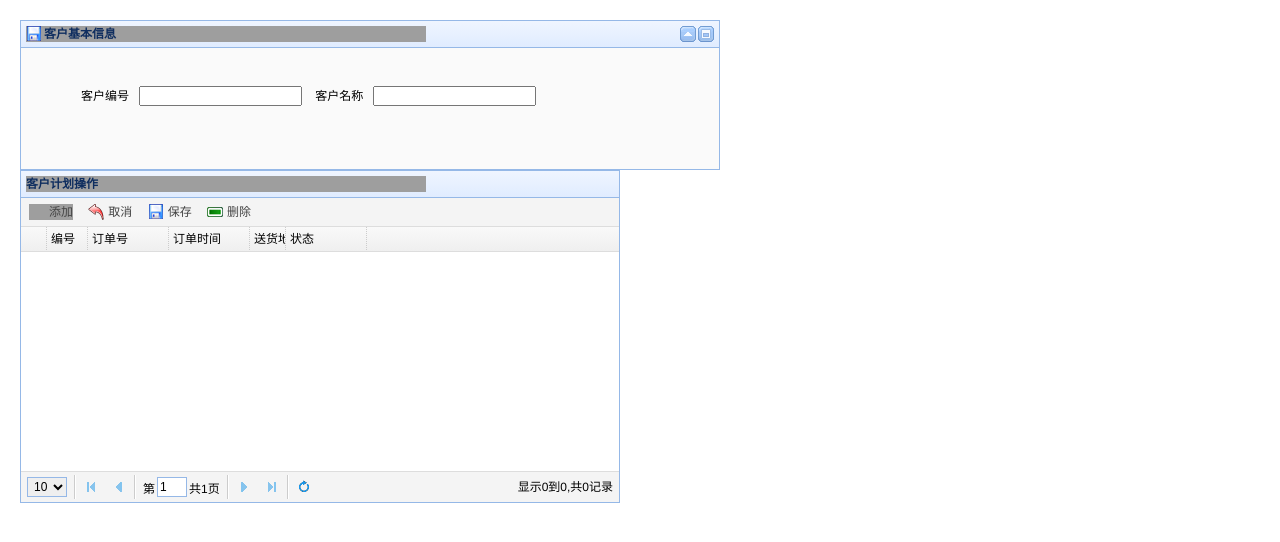
Repository: blackman788/crm01
Page: templates/Customer/order.html
These files come from the project's save history. The page is drawn as it stood at one moment and after the next save; the edit follows.
The browser window is 1280 px wide. The pictures show the whole page.
Pictures or frames that could not be fetched are drawn as grey boxes. The page is served by the project's application, run on Django 4.2 (manage.py). The template is opened directly, without the code that normally fills it, so the values that code supplies are empty.

Above is the page before, as saved 2022-04-21 22:32:13.

After the next save:
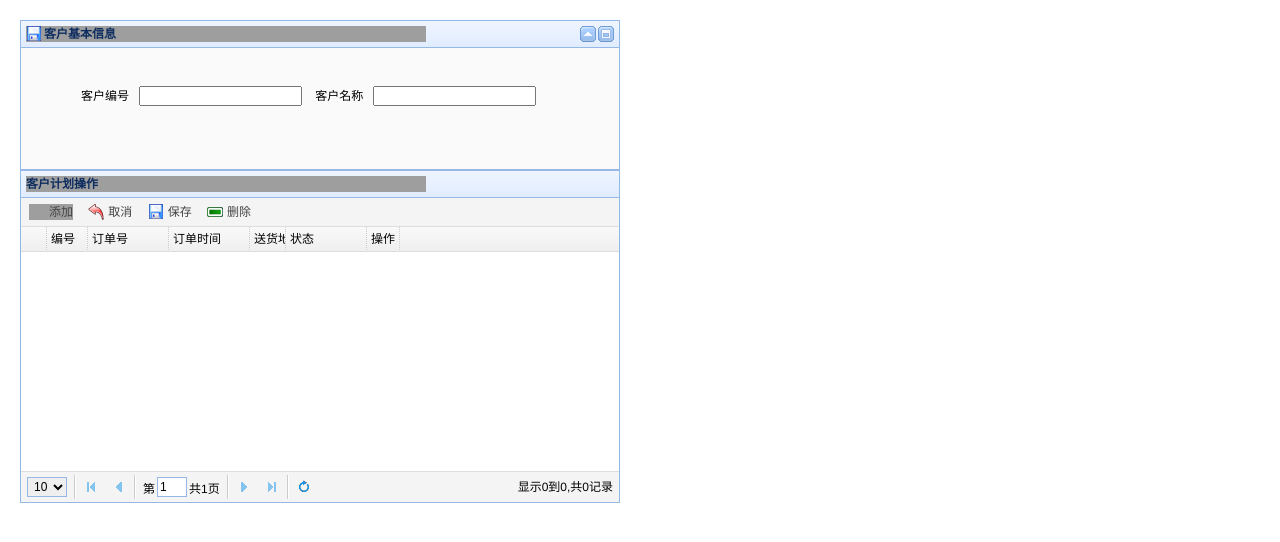
Saved 21 s later.
--- a/templates/Customer/order.html
+++ b/templates/Customer/order.html
@@ -12,7 +12,7 @@
 </head>
 <body>
 	<div id="p" class="easyui-panel" title="客户基本信息"
-     style="width:700px;height:150px;padding:10px;background:#fafafa;"
+     style="width:600px;height:150px;padding:10px;background:#fafafa;"
      data-options="iconCls:'icon-save',closable:true,
                 collapsible:true,minimizable:false,closable:false,maximizable:true">
     <br/><br/>
@@ -29,6 +29,7 @@
                 <th data-options="field:'linkName',width:80" editor="{type:'datebox',options:{required:true}}">订单时间</th>
 				<th data-options="field:'sex',width:35" editor="{type:'validatebox',options:{required:true}}">送货地址</th>
 				<th data-options="field:'zhiwei',width:80" editor="{type:'validatebox',options:{required:true}}">状态</th>
+                <th data-options="width:35" >操作</th>
 			</tr>
 		</thead>
 	</table>
